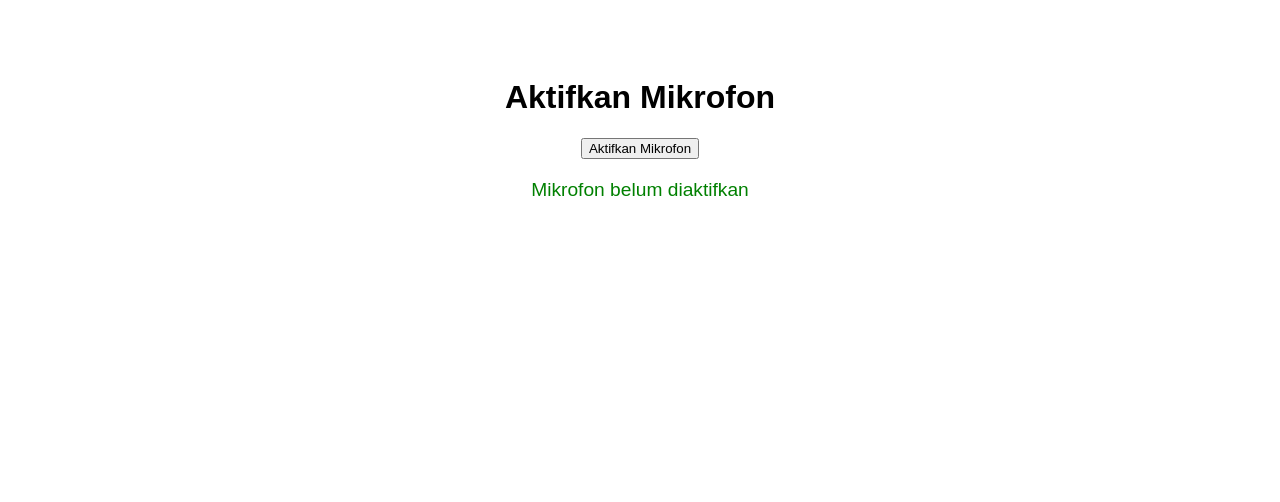
Repository: RalfyBawinto/working-teachable-machine
Page: index.html
These files come from the project's save history. The page is drawn as it stood at one moment and after the next save; the edit follows.
The browser window is 1280 px wide. The pictures show the whole page.

Above is the page before, as saved 2025-04-22 00:12:55.

### index.html
<!DOCTYPE html>
<html lang="id">
  <head>
    <meta charset="UTF-8" />
    <meta name="viewport" content="width=device-width, initial-scale=1" />
    <title>Aktifkan Mikrofon</title>
    <style>
      body {
        font-family: Arial, sans-serif;
        text-align: center;
        padding: 50px;
      }
      #status {
        margin-top: 20px;
        font-size: 1.2em;
        color: green;
      }
    </style>
  </head>
  <body>
    <h1>Aktifkan Mikrofon</h1>
    <button onclick="aktifkanMikrofon()">Aktifkan Mikrofon</button>
    <div id="status">Mikrofon belum diaktifkan</div>

    <script>
      async function aktifkanMikrofon() {
        try {
          const stream = await navigator.mediaDevices.getUserMedia({
            audio: true,
          });
          document.getElementById("status").textContent = "Mikrofon aktif 🎤";
          console.log("Mikrofon berhasil diakses", stream);

          // Jika ingin menggunakan stream audio, bisa disambungkan ke AudioContext atau media recorder di sini.
        } catch (err) {
          console.error("Gagal mengakses mikrofon:", err);
          document.getElementById("status").textContent =
            "Gagal mengakses mikrofon ❌";
        }
      }
    </script>
  </body>
</html>

After the next save:
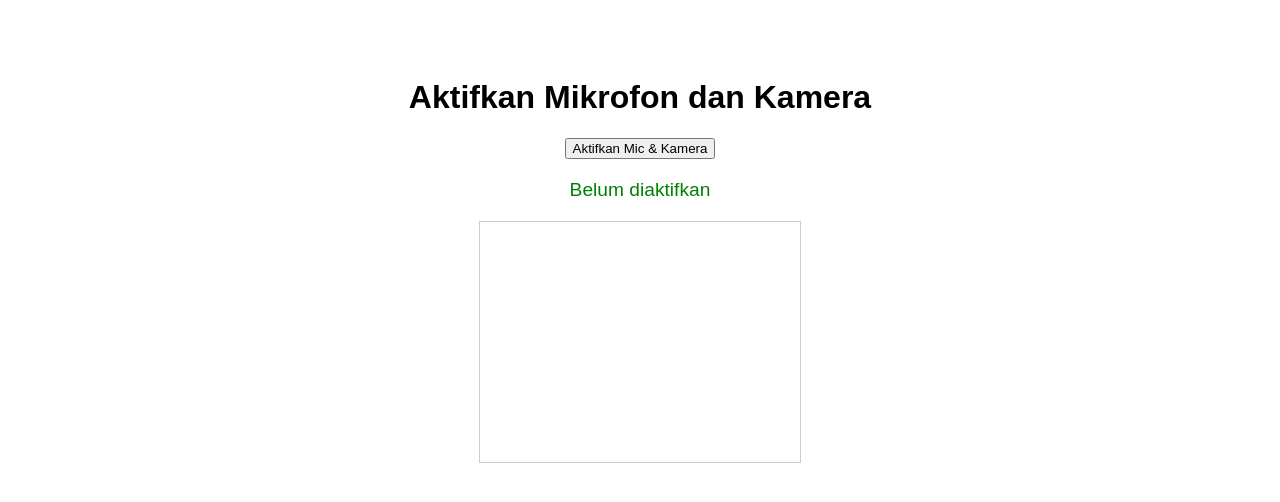
Saved 92 s later.
--- a/index.html
+++ b/index.html
@@ -3,7 +3,7 @@
   <head>
     <meta charset="UTF-8" />
     <meta name="viewport" content="width=device-width, initial-scale=1" />
-    <title>Aktifkan Mikrofon</title>
+    <title>Aktifkan Mic dan Kamera</title>
     <style>
       body {
         font-family: Arial, sans-serif;
@@ -15,27 +15,38 @@
         font-size: 1.2em;
         color: green;
       }
+      video {
+        margin-top: 20px;
+        width: 320px;
+        height: 240px;
+        border: 1px solid #ccc;
+      }
     </style>
   </head>
   <body>
-    <h1>Aktifkan Mikrofon</h1>
-    <button onclick="aktifkanMikrofon()">Aktifkan Mikrofon</button>
-    <div id="status">Mikrofon belum diaktifkan</div>
+    <h1>Aktifkan Mikrofon dan Kamera</h1>
+    <button onclick="aktifkanMicDanKamera()">Aktifkan Mic & Kamera</button>
+    <div id="status">Belum diaktifkan</div>
+    <video id="video" autoplay muted></video>
 
     <script>
-      async function aktifkanMikrofon() {
+      async function aktifkanMicDanKamera() {
         try {
           const stream = await navigator.mediaDevices.getUserMedia({
             audio: true,
+            video: true,
           });
-          document.getElementById("status").textContent = "Mikrofon aktif 🎤";
-          console.log("Mikrofon berhasil diakses", stream);
+          document.getElementById("status").textContent =
+            "Mikrofon dan Kamera aktif 🎤📷";
 
-          // Jika ingin menggunakan stream audio, bisa disambungkan ke AudioContext atau media recorder di sini.
+          const videoElement = document.getElementById("video");
+          videoElement.srcObject = stream;
+
+          console.log("Stream aktif:", stream);
         } catch (err) {
-          console.error("Gagal mengakses mikrofon:", err);
+          console.error("Gagal mengakses mic/kamera:", err);
           document.getElementById("status").textContent =
-            "Gagal mengakses mikrofon ❌";
+            "Gagal mengakses mic/kamera ❌";
         }
       }
     </script>
